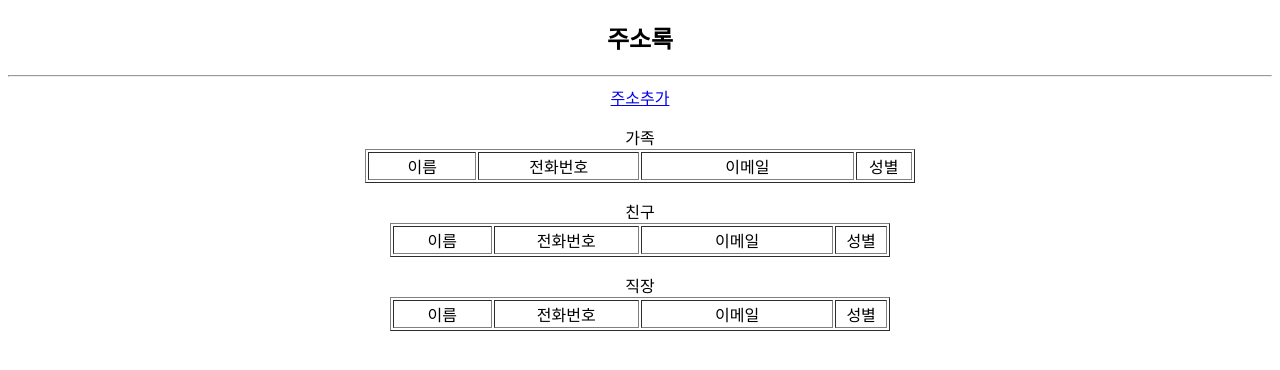
Repository: LeeHyeSu/JSP
Page: http://localhost/PracticeA-02/jsp/addr_list_group.jsp
These files come from the project's save history. The page is drawn as it stood at one moment and after the next save; the edit follows.
The browser window is 1280 px wide. The pictures show the whole page.
The page is served by Tomcat 9.

Above is the page before, as saved 2017-11-26 07:57:05.

### PracticeA-02/WebContent/jsp/addr_list_group.jsp
<%@ page language="java" contentType="text/html; charset=UTF-8"
    pageEncoding="UTF-8" import="jspbook.ch07.*" %>
<jsp:useBean id="am" class="jspbook.ch07.AddrManager" scope="application" />
<%!
	public String addrField() {
		String str = "";

		str += "<tr align=center>";
		str += "<td width=100>이름</td>";
		str += "<td width=150>전화번호</td>";
		str += "<td width=200>이메일</td>";
		str += "<td width=50>성별</td>";
		str += "</tr>";

		return str;
	}

	public String addrInfo(AddrBean ab) {
		String str = "";

		str += "<tr align=center>";
		str += "<td>" + ab.getUsername() + "</td>";
		str += "<td>" + ab.getTel() + "</td>";
		str += "<td>" + ab.getEmail() + "</td>";
		str += "<td>" + ab.getSex() + "</td>";
		str += "</tr>";

		return str;
	}
%>
<!DOCTYPE html PUBLIC "-//W3C//DTD HTML 4.01 Transitional//EN" "http://www.w3.org/TR/html4/loose.dtd">
<html>
<head>
<meta http-equiv="Content-Type" content="text/html; charset=UTF-8">
<title>ch07 : 주소록 그룹별 목록보기</title>
</head>
<body>
<div align=center>
<h2>주소록</h2>
<hr>
<a href="addr_form.jsp">주소추가</a><p>

<table border="1" width="550">
<caption>가족</caption>
<%
	out.println(addrField());
	for(AddrBean ab : am.getAddrList()) {
		if(ab.getGroup().equals("가족")) {
			out.println(addrInfo(ab));
		}
	}
%>
</table>
<p>

<table border="1" width="500">
<caption>친구</caption>
<%
	out.println(addrField());
	for(AddrBean ab : am.getAddrList()) {
		if(ab.getGroup().equals("친구")) {
			out.println(addrInfo(ab));
		}
	}
%>
</table>
<p>

<table border="1" width="500">
<caption>직장</caption>
<%
	out.println(addrField());
	for(AddrBean ab : am.getAddrList()) {
		if(ab.getGroup().equals("직장")) {
			out.println(addrInfo(ab));
		}
	}
%>
</table>
</div>
</body>
</html>

### PracticeA-02/src/jspbook/ch07/AddrManager.java
package jspbook.ch07;

import java.util.ArrayList;
import java.util.List;

public class AddrManager {
	List<AddrBean> addrList = new ArrayList<AddrBean>();

	public void add(AddrBean ab) {
		addrList.add(ab);
	}

	public List<AddrBean> getAddrList() {
		return addrList;
	}

	public AddrBean getAddr(String username) {
		for(AddrBean ab : addrList) {
			if(ab.getUsername().equals(username))
				return ab;
		}
		return null;
	}
}

### PracticeA-02/src/jspbook/ch07/AddrBean.java
package jspbook.ch07;

public class AddrBean {
	private String username;
	private String tel;
	private String email;
	private String sex;
	private String group;

	public String getUsername() {
		return username;
	}

	public void setUsername(String username) {
		this.username = username;
	}

	public String getTel() {
		return tel;
	}

	public void setTel(String tel) {
		this.tel = tel;
	}

	public String getEmail() {
		return email;
	}

	public void setEmail(String email) {
		this.email = email;
	}

	public String getSex() {
		return sex;
	}

	public void setSex(String sex) {
		this.sex = sex;
	}

	public String getGroup() {
		return group;
	}

	public void setGroup(String group) {
		this.group = group;
	}
}

After the next save:
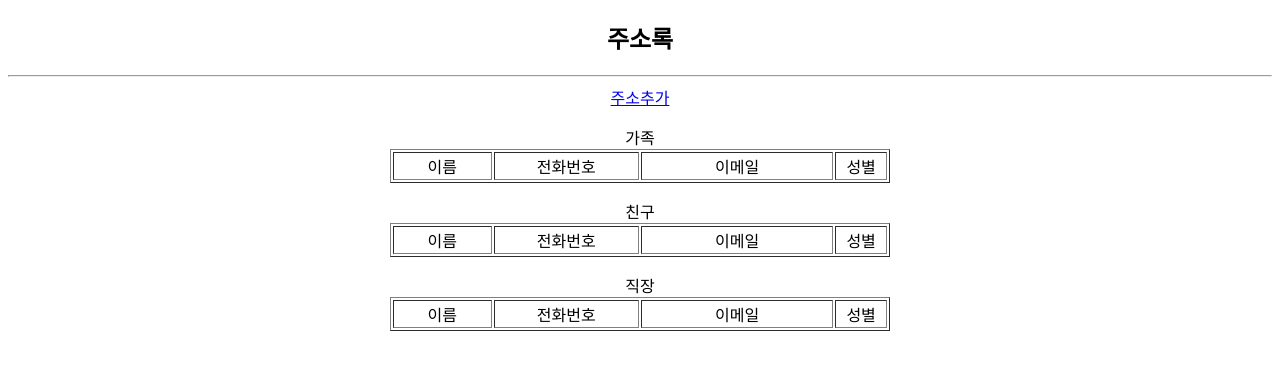
Saved 80 s later.
--- a/PracticeA-02/WebContent/jsp/addr_list_group.jsp
+++ b/PracticeA-02/WebContent/jsp/addr_list_group.jsp
@@ -40,7 +40,7 @@
 <hr>
 <a href="addr_form.jsp">주소추가</a><p>
 
-<table border="1" width="550">
+<table border="1" width="500">
 <caption>가족</caption>
 <%
 	out.println(addrField());
